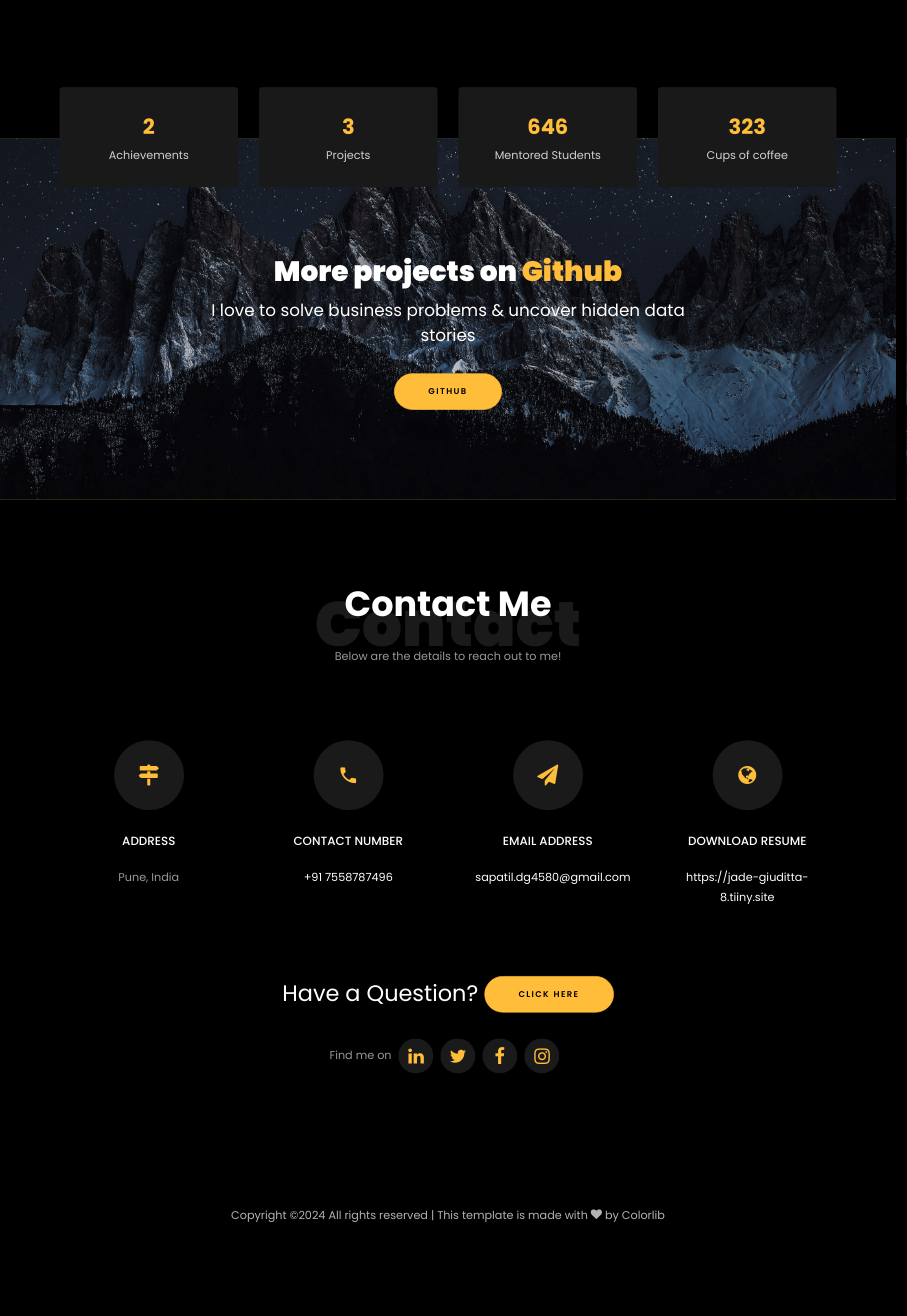
Repository: abp197/portfolio-website
Page: index.html
An editor plug-in stored every save of this project. The page is shown before and after the next save, followed by the edit.
The browser window is 1280 px wide. The page is 1295 px wide, so the pictures cover 1295 px, including what lies to the right of the window. The pictures show the part of the page from y = 4478 to 6358 px (the page is 6358 px tall), at 70% of full size.

Above is the page before, as saved 2024-10-15 00:48:01.
Console error (its wording comes from the project's code and is left out).

After the next save:
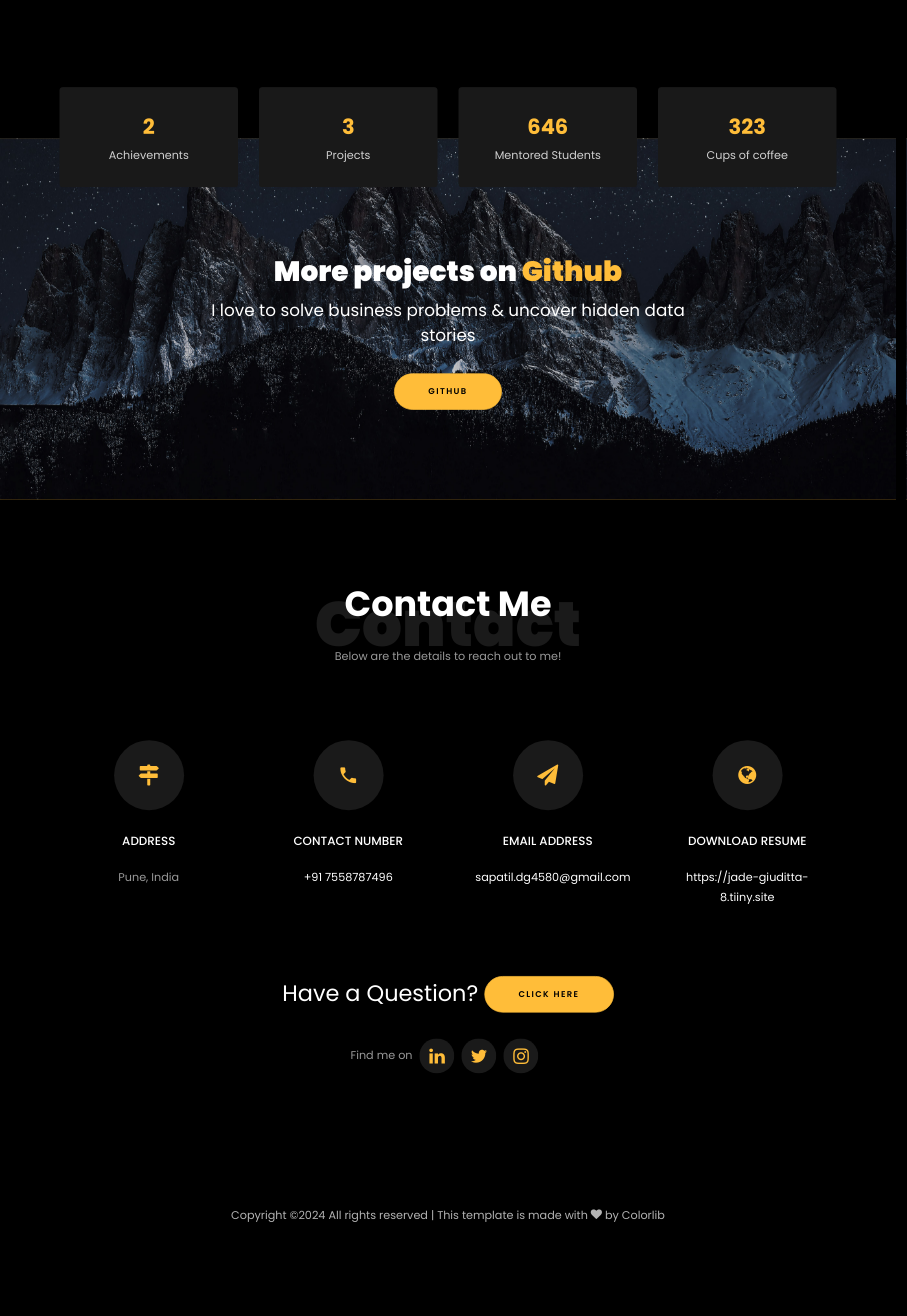
Saved 80 s later.
--- a/index.html
+++ b/index.html
@@ -591,7 +591,7 @@
 
 					  <li class="ftco-animate"><a href="http://www.linkedin.com/in/shubham-patil-810736266"><span class="icon-linkedin"></span></a></li>
 					  <li class="ftco-animate"><a href="https://x.com/ShubhamPat4580?t=nKxpb-Ww7H1EY7f9bj6uvA&s=09"><span class="icon-twitter"></span></a></li>
-					  <li class="ftco-animate"><a href=""><span class="icon-facebook"></span></a></li>
+
 				      <li class="ftco-animate"><a href="https://www.instagram.com/rishabhnmishra/"><span class="icon-instagram"></span></a></li>
 					</ul>
 				<br>
